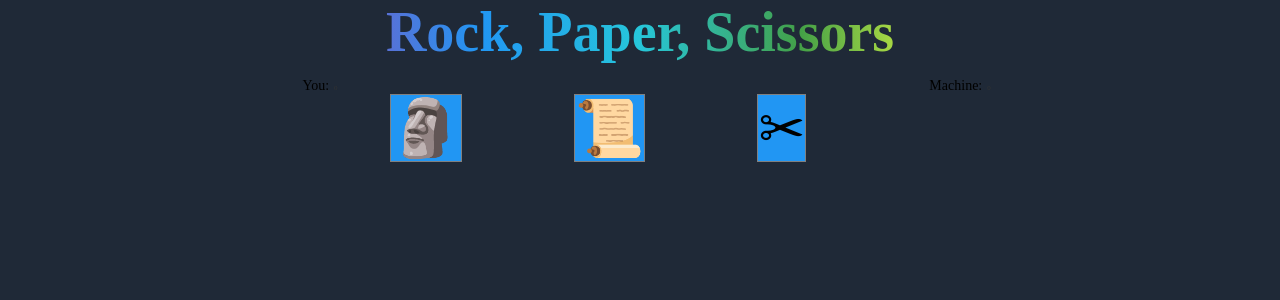
Repository: dung8466/RPS
Page: index.html
The author's editor kept a copy of each file at every save. The page is drawn from the files as they stood at one save, then again after the next save.
The browser window is 1280 px wide. The pictures show the whole page.

Above is the page before, as saved 2022-07-01 21:39:34.

### index.html
<!DOCTYPE html>
<html lang="en">
<head>
    <meta charset="UTF-8">
    <meta http-equiv="X-UA-Compatible" content="IE=edge">
    <meta name="viewport" content="width=device-width, initial-scale=1.0">
    <title>Fun Game</title>
    <link rel="stylesheet" href="style.css">
    <script src="script.js" defer></script>
</head>
<body>
    <h1 class="header">
        Rock, Paper, Scissors
    </h1>
    <div class="results flex-box">
        <div class="player-result">
            You: <span class="result-score" data-your-score>0</span>
        </div>
        <div class="machine-result" data-final-column>
            Machine: <span class="result-score" data-computer-score>0</span>
        </div>
    </div>
    <div class="selections">
        <button class="selection" data-selection="rock">🗿</button>
        <button class="selection" data-selection="paper">📜</button>
        <button class="selection" data-selection="scissors">✂</button>
    </div>
</body>
</html>

### style.css
*{
    font-family: 'Times New Roman', Times, serif;
    font-size: 14px;
    margin: 0;
    padding: 0;
    background-color: #1f2937;
}
.header{
    font-size: 4em;
    font-weight: bold;
    background: linear-gradient(to right, #ef5350, #f48fb1, #7e57c2, #2196f3, #26c6da, #43a047, #eeff41, #f9a825, #ff5722);
    -webkit-background-clip: text;
    -webkit-text-fill-color: transparent;
    text-align: center;
}
.selections {
    display: flex;
    justify-content: center;
    margin-left: 2em;
  }

  .selection {
    background-color: #2196f3;
    border: solid 1px gray;
    cursor: pointer;
    font-size: 4rem;
    transition: 100ms;
    margin-right: 2em;
  }

  .selection:hover {
    transform: scale(1.2);
  }

  .results {
    margin-top: 1rem;
    display: grid;
    justify-content: center;
    grid-template-columns: repeat(2, 1fr);
    justify-items: center;
    align-items: center;
  }

  .result-score {
    margin-left: .1rem;
    font-size: .5rem;
    color: #333;
  }

  .result-selection {
    opacity: .5;
  }

  .result-selection.winner {
    opacity: 1;
    font-size: 1.5rem;
  }

### script.js
const SELECTIONS = [
    {
        name: 'rock',
        emoji: '🗿',
        beats: 'scissors',
    },
    {
        name: 'paper',
        emoji: '📜',
        beats: 'rock',
    },
    {
        name: 'scissors',
        emoji: '✂',
        beats: 'paper',
    }
]
const selectionButtons = document.querySelectorAll('[data-selection]')
const finalColumn = document.querySelector('[data-final-column]')
const computerScoreSpan = document.querySelector('[data-computer-score]')
const yourScoreSpan = document.querySelector('[data-your-score]')
selectionButtons.forEach(selectionButton => {
  selectionButton.addEventListener('click', e => {
    const selectionName = selectionButton.dataset.selection
    const selection = SELECTIONS.find(selection => selection.name === selectionName)
    makeSelection(selection)
  })
})

function makeSelection(selection) {
  const computerSelection = randomSelection()
  const yourWinner = isWinner(selection, computerSelection)
  const computerWinner = isWinner(computerSelection, selection)

  addSelectionResult(computerSelection, computerWinner)
  addSelectionResult(selection, yourWinner)

  if (yourWinner) incrementScore(yourScoreSpan)
  if (computerWinner) incrementScore(computerScoreSpan)
}

function incrementScore(scoreSpan) {
  scoreSpan.innerText = parseInt(scoreSpan.innerText) + 1
}

function addSelectionResult(selection, winner) {
  const div = document.createElement('div')
  div.innerText = selection.emoji
  div.classList.add('result-selection')
  if (winner) div.classList.add('winner')
  finalColumn.after(div)
}

function isWinner(selection, opponentSelection) {
  return selection.beats === opponentSelection.name
}

function randomSelection() {
  const randomIndex = Math.floor(Math.random() * SELECTIONS.length)
  return SELECTIONS[randomIndex]
}

After the next save:
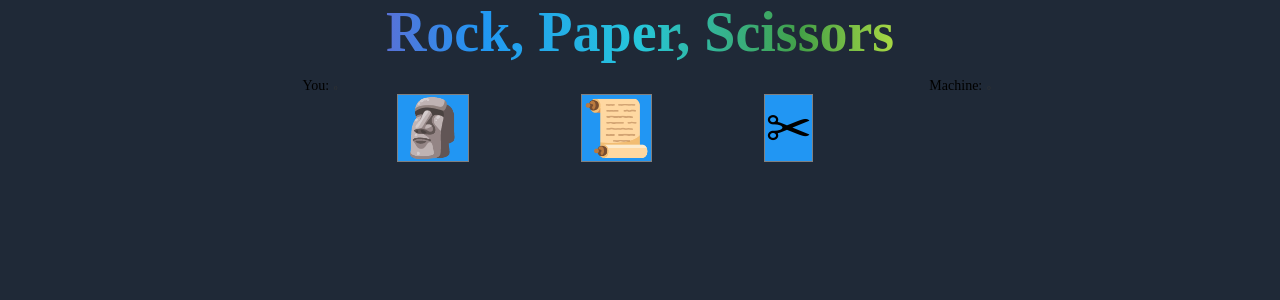
Saved 5 s later.
--- a/style.css
+++ b/style.css
@@ -16,7 +16,7 @@
 .selections {
     display: flex;
     justify-content: center;
-    margin-left: 2em;
+    margin-left: 3em;
   }
 
   .selection {
